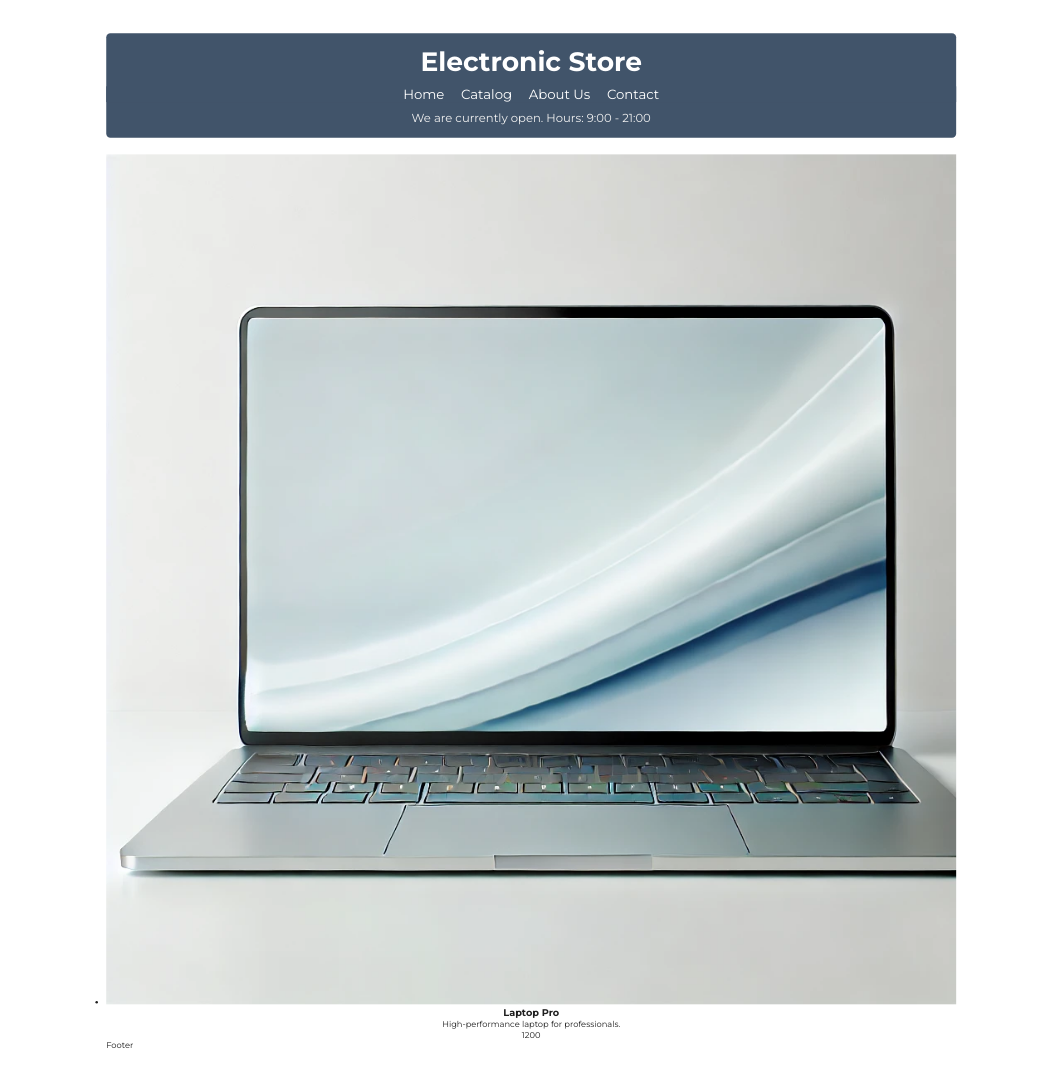
Repository: Lithium87/e-Strore
Page: /
An editor plug-in stored every save of this project. The page is shown before and after the next save, followed by the edit.
The browser window is 1280 px wide. The pictures show the whole page, at 83% of full size.
The project was rebuilt for these pictures with package versions that can differ from the ones it lists, and the page was loaded fresh each time. Also part of the build but not shown: vite.config.js.

Above is the page before, as saved 2025-07-05 16:27:38.

After the next save:
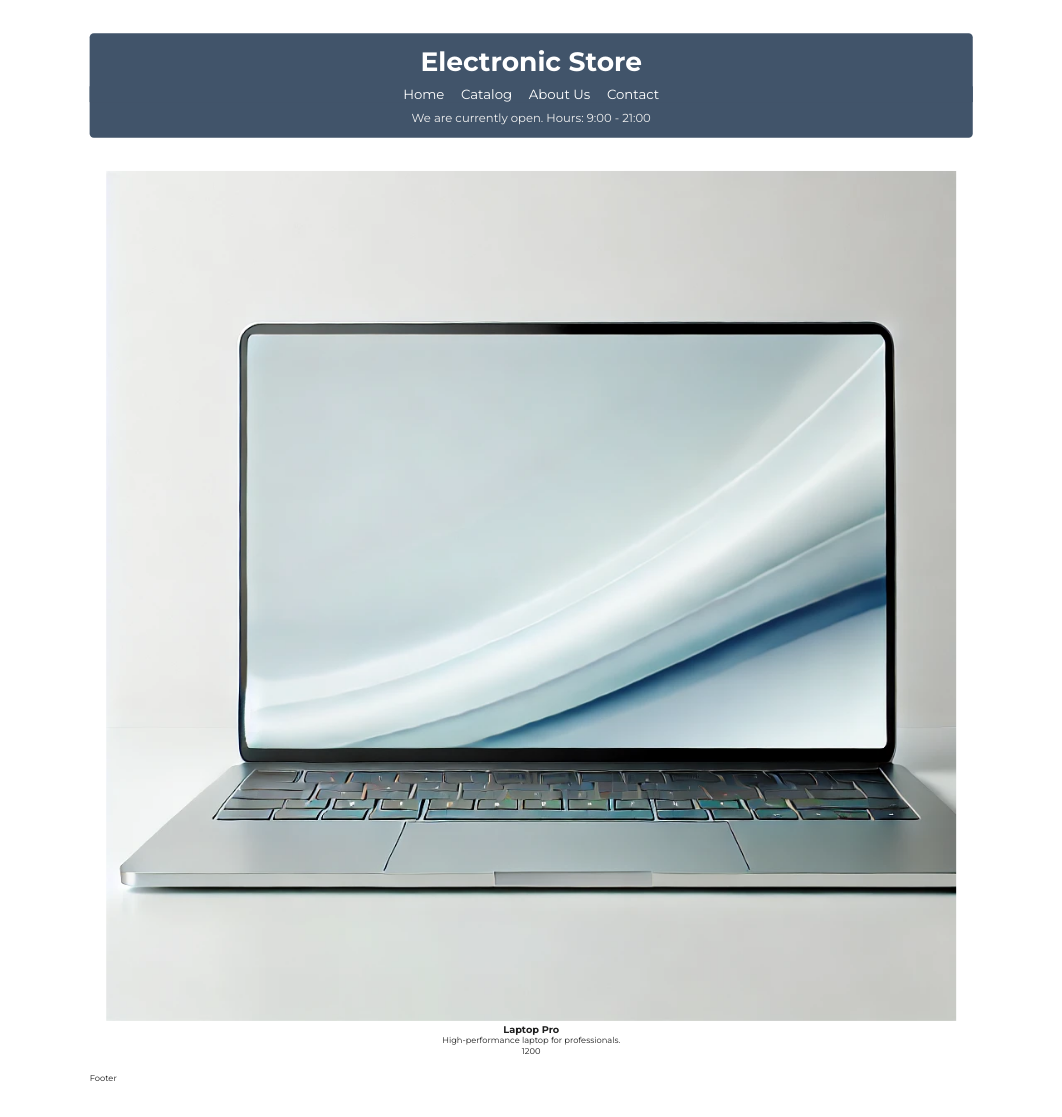
Saved 37 s later.
--- a/src/App.jsx
+++ b/src/App.jsx
@@ -97,7 +97,7 @@ const Header = () => {
 const Catalog = () => {
   return (
     <main className="catalog">
-      <ul>
+      <ul className="products">
         <Product />
       </ul>
     </main>
